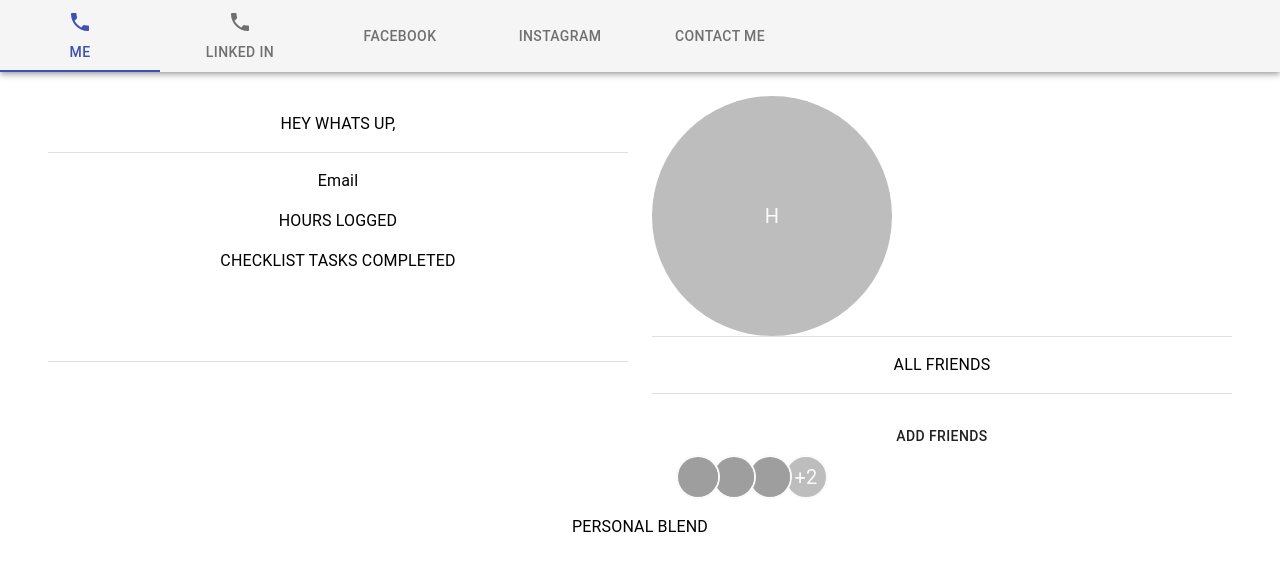
Repository: hossamsulleman1/CONTACTME
Page: / (app in my-app/)
These files come from the project's save history. The page is drawn as it stood at one moment and after the next save; the edit follows.
The browser window is 1280 px wide. The pictures show the whole page.
Pictures or frames that could not be fetched are drawn as grey boxes. The project was rebuilt for these pictures with package versions that can differ from the ones it lists, and the page was loaded fresh each time. Also part of the build but not shown: my-app/src/Components/PageProp.jsx.

Above is the page before, as saved 2020-11-08 10:43:11.

### my-app/src/App.js
import './App.css';
import IconNav from './Components/IconNav';

function App() {
  return (
    <div className="App">
<IconNav>

</IconNav>
    </div>
  );
}

export default App;

### my-app/src/Components/IconNav.jsx
import React from "react";
import PropTypes from "prop-types";
import { makeStyles } from "@material-ui/core/styles";
import AppBar from "@material-ui/core/AppBar";
import Tabs from "@material-ui/core/Tabs";
import Tab from "@material-ui/core/Tab";
import Typography from "@material-ui/core/Typography";
import Box from "@material-ui/core/Box";
import PhoneIcon from "@material-ui/icons/Phone";
import PageProp from "./PageProp";
import Button from '@material-ui/core/Button';
import Content from "./ProfileFolder/Content";



function TabPanel(props) {
  const { children, value, index, ...other } = props;

  return (
    <div
      role="tabpanel"
      hidden={value !== index}
      id={`scrollable-auto-tabpanel-${index}`}
      aria-labelledby={`scrollable-auto-tab-${index}`}
      {...other}
    >
      {value === index && (
        <Box p={3}>
          <Typography>{children}</Typography>
        </Box>
      )}
    </div>
  );
}

TabPanel.propTypes = {
  children: PropTypes.node,
  index: PropTypes.any.isRequired,
  value: PropTypes.any.isRequired,
};

function a11yProps(index) {
  return {
    id: `scrollable-auto-tab-${index}`,
    "aria-controls": `scrollable-auto-tabpanel-${index}`,
  };
}

const useStyles = makeStyles((theme) => ({
  root: {
    flexGrow: 1,
    width: "100%",
    backgroundColor: theme.palette.background.paper,
  },
}));

export default function IconNav() {
  const classes = useStyles();
  const [value, setValue] = React.useState(0);

  const handleChange = (event, newValue) => {
    setValue(newValue);
  };

  return (
    <div className={classes.root}>
      <AppBar position="static" color="default">
        <Tabs
          value={value}
          onChange={handleChange}
          indicatorColor="primary"
          textColor="primary"
          variant="scrollable"
          scrollButtons="auto"
          aria-label="scrollable auto tabs example"
        >
          <Tab icon={<PhoneIcon />} label="ME" {...a11yProps(0)} />
          <Tab icon={<PhoneIcon />} label="Linked In" {...a11yProps(1)} />
          <Tab label="Facebook" {...a11yProps(2)} />
          <Tab label="Instagram" {...a11yProps(3)} />
          <Tab label="Contact Me" {...a11yProps(4)} />
          <Tab label="" {...a11yProps(5)} />
          <Tab label="" {...a11yProps(6)} />
        </Tabs>
      </AppBar>
      <TabPanel value={value} index={0}>
    <Content></Content>
      </TabPanel>
      <TabPanel value={value} index={1}>
      <PageProp name="Linked In"></PageProp>
      </TabPanel>
      <TabPanel value={value} index={2}>
      <PageProp name="Facebook"></PageProp>
      </TabPanel>
      <TabPanel value={value} index={3}>
      <PageProp name="Instagram"></PageProp>
      </TabPanel>
      <TabPanel value={value} index={4}>
        Item Five
      </TabPanel>
      <TabPanel value={value} index={5}>
        Item Six
      </TabPanel>
      <TabPanel value={value} index={6}>
        Item Seven
      </TabPanel>
    </div>
  );
}

### my-app/src/Components/ProfileFolder/Content.jsx
import { Container } from "@material-ui/core";
import Avatar from "@material-ui/core/Avatar";
import Grid from "@material-ui/core/Grid";
import Button from "@material-ui/core/Button";
import Paper from "@material-ui/core/Paper";

import Divider from "@material-ui/core/Divider";
import React, { useState } from "react";
import { Text, Heading } from "rebass";
import { makeStyles } from "@material-ui/core/styles";
import AvatarGroup from "@material-ui/lab/AvatarGroup";
import FriendsAvatarList from "./FriendsAvatarList";

const useStyles = makeStyles((theme) => ({
  root: {
    display: "flex",
    "& > *": {
      margin: theme.spacing(1),
    },
  },
  small: {
    width: theme.spacing(3),
    height: theme.spacing(3),
  },
  large: {
    width: theme.spacing(30),
    height: theme.spacing(30),
  },
}));

function Content(props) {
  const classes = useStyles();

  return (
    <Container>
      <Grid container spacing={3}>
        <Grid item xs={6}>
          <div className="headingdiv">
            <p className="HomeTitleSmall">HEY WHATS UP,</p>
            <p className="HomeTitle">{props.Name}</p>
          </div>

          <Divider />
          <div className="statsdiv">

            <p className="HomeTitleMedium">Email</p>
            <p>{props.AccountCreation}</p>
            <p className="HomeTitleMedium">HOURS LOGGED</p>
            <p>{props.HoursLogged}</p>
            <p className="HomeTitleMedium">CHECKLIST TASKS COMPLETED</p>
            <p>{props.TasksCompleted}</p>
          </div>
          <br></br>
          <br></br>
          <br></br>
          <Divider />

          <div className="statsdiv"></div>
        </Grid>
        <Grid item xs={6}>
          <div className="avatardiv">
            <Avatar className={classes.large} src={props.PhotoUrl}>
              H
            </Avatar>

            <div className="friendsdiv">
              <div className="justifycenter">
                <Divider></Divider>

                <p className="SubHeading">ALL FRIENDS</p>
                <Divider></Divider>
                <br></br>
                <Button>Add Friends</Button>
              </div>

              <div className="friendsdiv2">
                <Container>
                  <FriendsAvatarList></FriendsAvatarList>
                </Container>
              </div>
            </div>
          </div>
        </Grid>
      </Grid>

      {/* GRAPHS CONTAINER  */}
      <Container>
        <p className="HomeTitleSmall">PERSONAL BLEND</p>
        <Grid container spacing={3}>
          <Grid item xs>
            {/* <PieWithLabel></PieWithLabel> */}
          </Grid>
          <Grid item xs>
            {/* <RadarChart></RadarChart> */}
          </Grid>
        </Grid>
      </Container>
      {/* GRAPHS CONTAINER END  */}
    </Container>
  );
}

export default Content;

### my-app/src/Components/ProfileFolder/FriendsAvatarList.jsx
import React from "react";
import Avatar from "@material-ui/core/Avatar";
import AvatarGroup from "@material-ui/lab/AvatarGroup";

export default function FriendsAvatarList(props) {
  return (
    <AvatarGroup max={4}>
      <Avatar alt="Remy Sharp" src="/static/images/avatar/1.jpg" />
      <Avatar alt="Travis Howard" src="/static/images/avatar/2.jpg" />
      <Avatar alt="Cindy Baker" src="/static/images/avatar/3.jpg" />
      <Avatar alt="Agnes Walker" src="/static/images/avatar/4.jpg" />
      <Avatar alt="Trevor Henderson" src="/static/images/avatar/5.jpg" />
    </AvatarGroup>
  );
}

Loaded but not shown: my-app/public/index.html (common file); my-app/src/index.js (common file); my-app/src/index.css (common file); my-app/src/reportWebVitals.js (common file); my-app/src/App.css (common file)

After the next save:
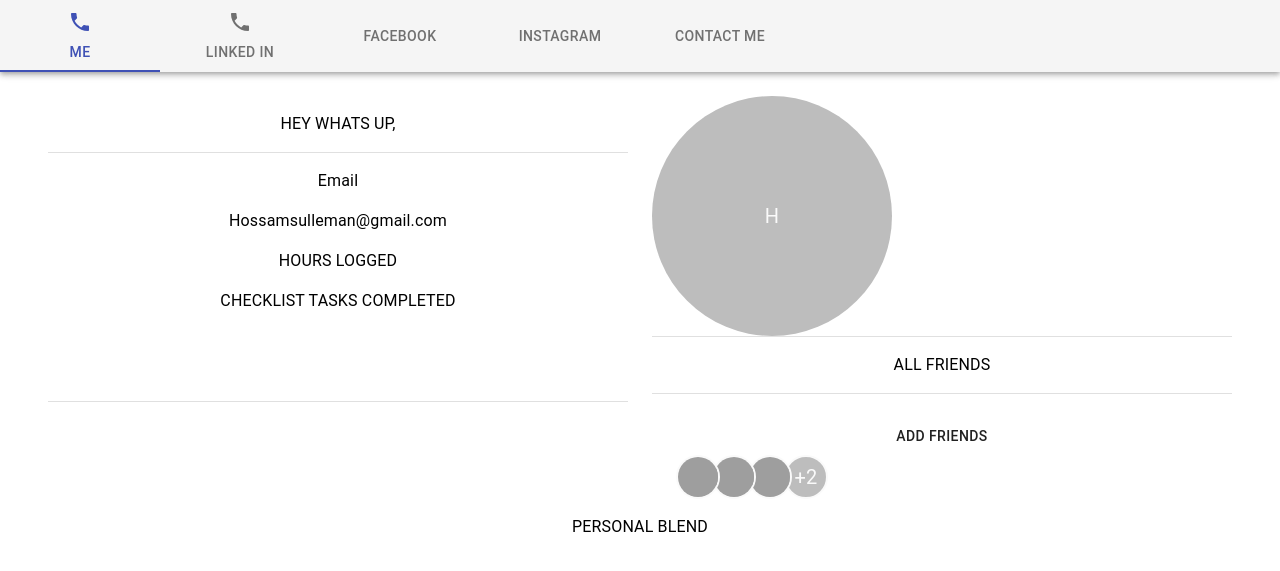
Saved 13 s later.
--- a/my-app/src/Components/ProfileFolder/Content.jsx
+++ b/my-app/src/Components/ProfileFolder/Content.jsx
@@ -44,7 +44,7 @@ function Content(props) {
           <div className="statsdiv">
 
             <p className="HomeTitleMedium">Email</p>
-            <p>{props.AccountCreation}</p>
+            <p>Hossamsulleman@gmail.com</p>
             <p className="HomeTitleMedium">HOURS LOGGED</p>
             <p>{props.HoursLogged}</p>
             <p className="HomeTitleMedium">CHECKLIST TASKS COMPLETED</p>
